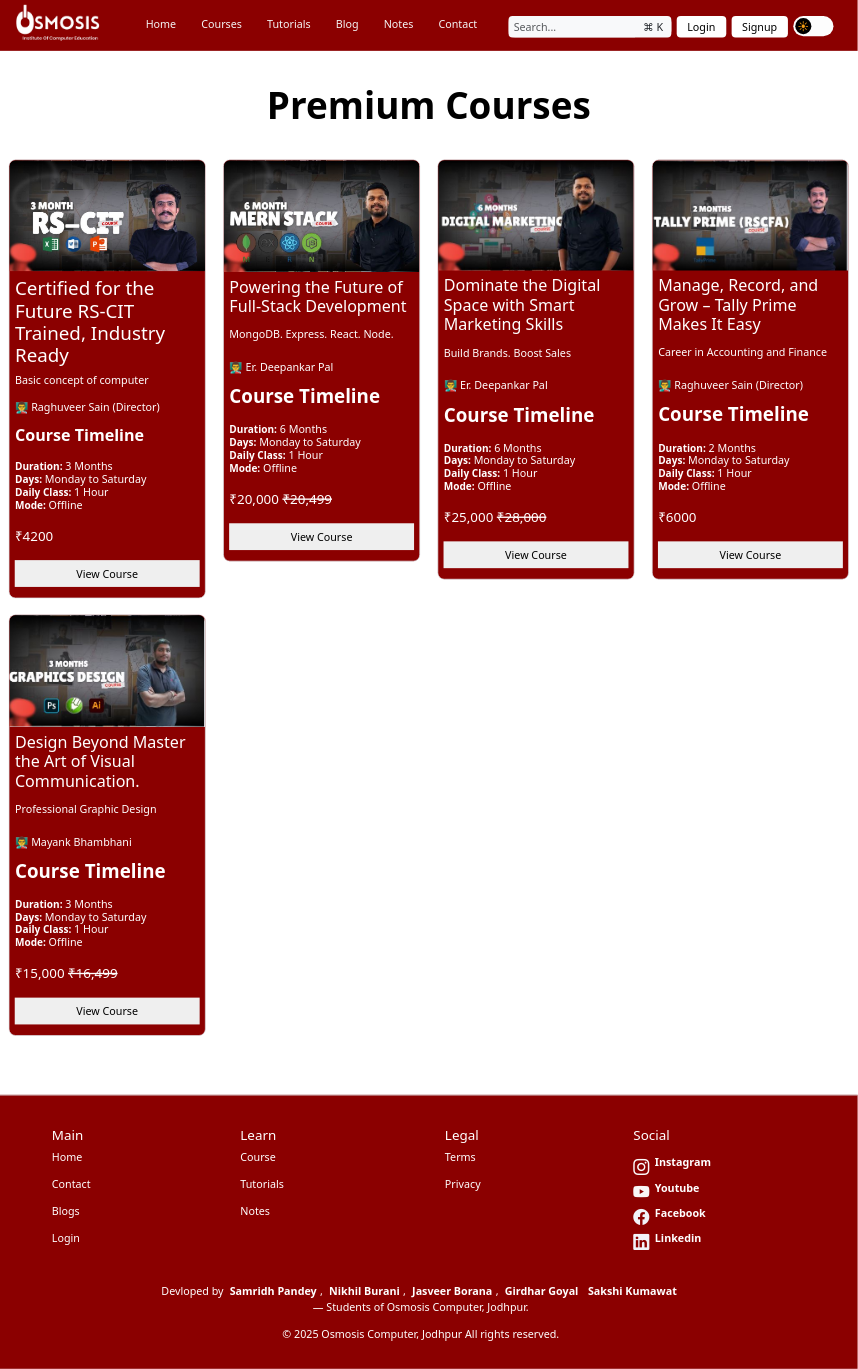
Repository: samriidhpandey/osmosis
Page: /Courses
These files come from the project's save history. The page is drawn as it stood at one moment and after the next save; the edit follows.
The browser window is 1280 px wide. The pictures show the whole page, at 67% of full size.
The project was rebuilt for these pictures with package versions that can differ from the ones it lists, and the page was loaded fresh each time. Also part of the build but not shown: vite.config.js, src/Section2.jsx, src/Section3.jsx, src/Section4.jsx, src/InfiniteReviewScroll.jsx, src/Section5.jsx, src/TypingText.jsx, src/AnimatedName.jsx and 103 more. Imported but missing from the stored project, and not drawn on this page: src/Images/final-app-on-mobile.mp4, src/Images/final-app-on-pc.mp4, src/Images/open-terminals.mp4, src/Images/python-location.mp4.

Above is the page before, as saved 2025-07-21 16:34:34.

After the next save:
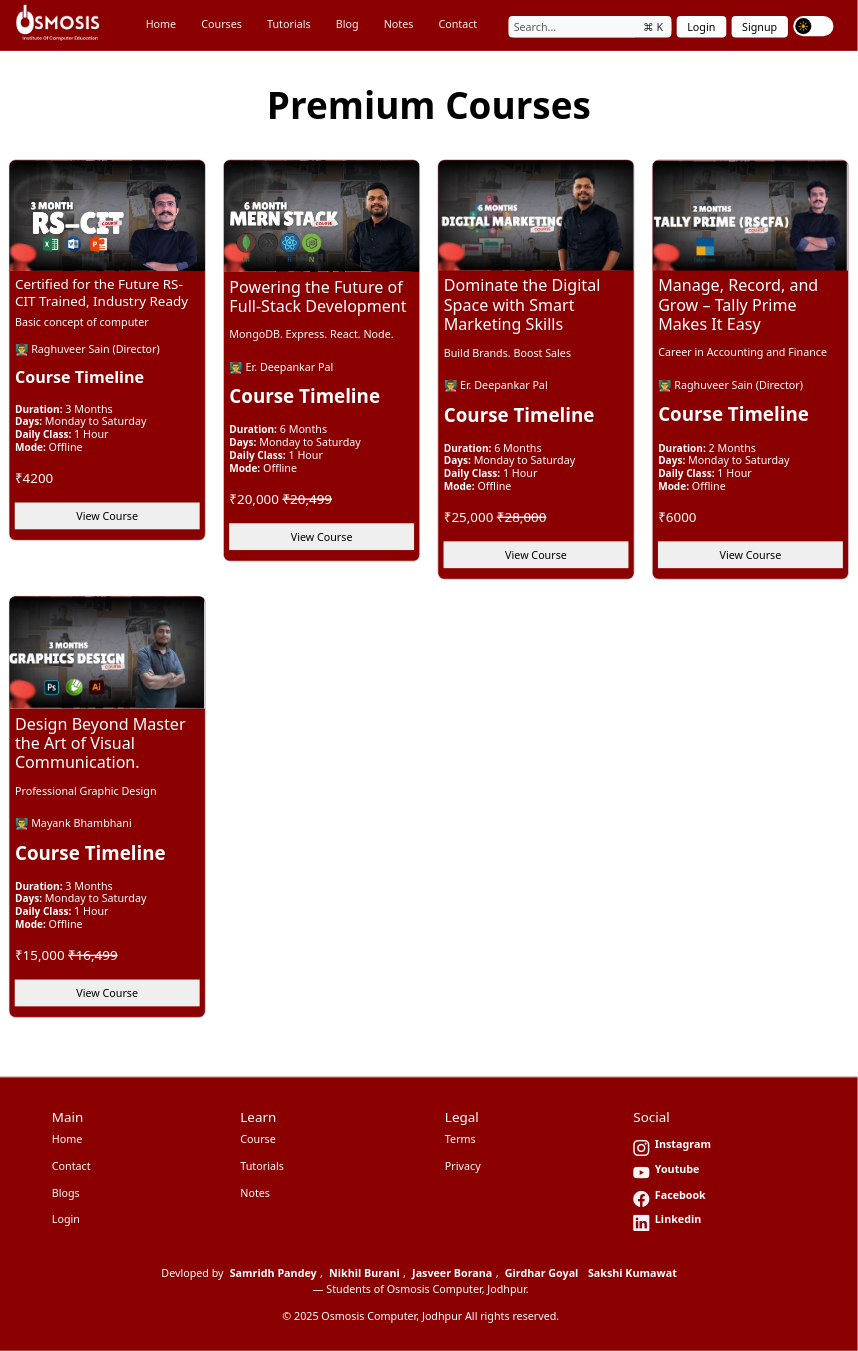
Saved 4 s later.
--- a/src/Component2/Courses.jsx
+++ b/src/Component2/Courses.jsx
@@ -51,7 +51,7 @@
                 <img src={ad1} className='img-fluid cour-img' alt="" />
               </div>
               <div className=" p-2">
-            <h3 className=''>Certified for the Future RS-CIT Trained, Industry Ready</h3>
+            <h5 className=''>Certified for the Future RS-CIT Trained, Industry Ready</h5>
             <p className=''>Basic concept of computer</p>
             <p className=''>👨‍🏫 Raghuveer Sain (Director)</p>
             <h4 className='m-0' style={headingStyle}>Course Timeline</h4>
